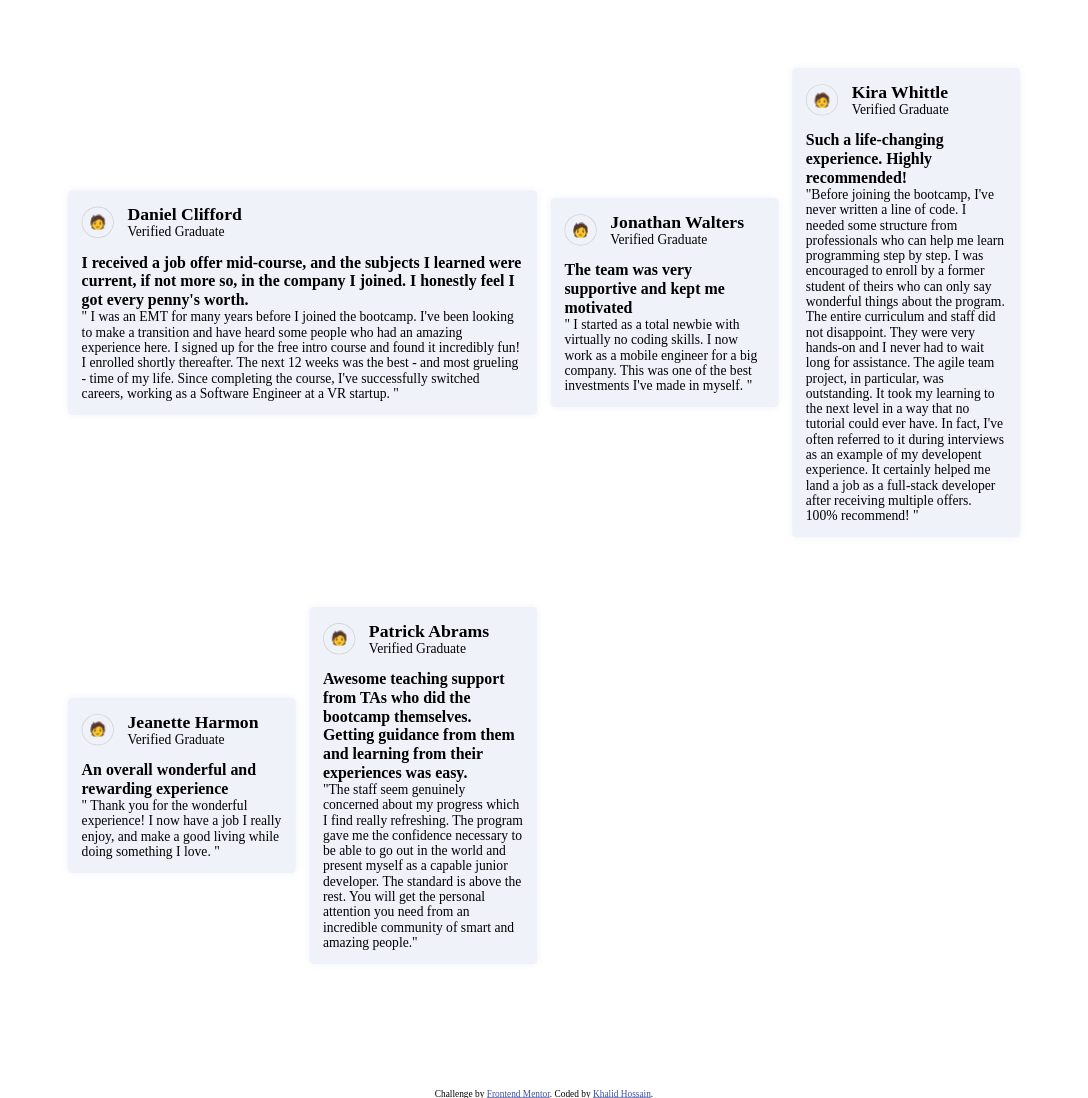
Repository: badhon252/Testimonials-Grid-Section
Page: index.html
The author's editor kept a copy of each file at every save. The page is drawn from the files as they stood at one save, then again after the next save.
The browser window is 1280 px wide. The pictures show the whole page, at 85% of full size.

Above is the page before, as saved 2023-02-18 16:24:50.

After the next save:
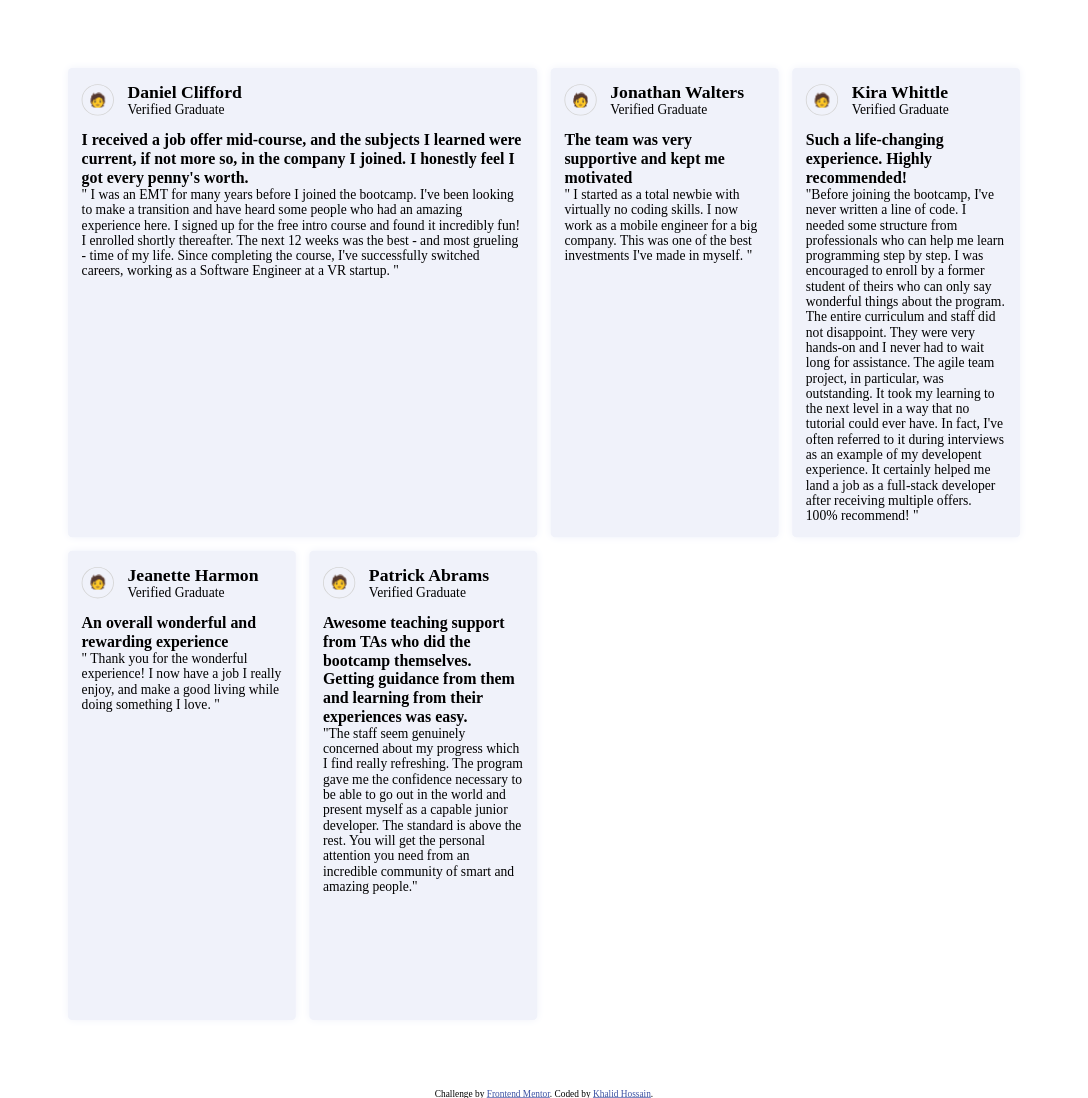
Saved 76 s later.
--- a/css/style.css
+++ b/css/style.css
@@ -19,7 +19,7 @@ body {
     grid-template-rows: repeat(2, 1fr);
     /* grid-template-areas: 'box1 box1 box2 box3' 'box4 box5 box5 box3'; */
     grid-gap: 1rem;
-    justify-items: stretch;
+    align-items: stretch;
     margin: 5rem;
 }
 
